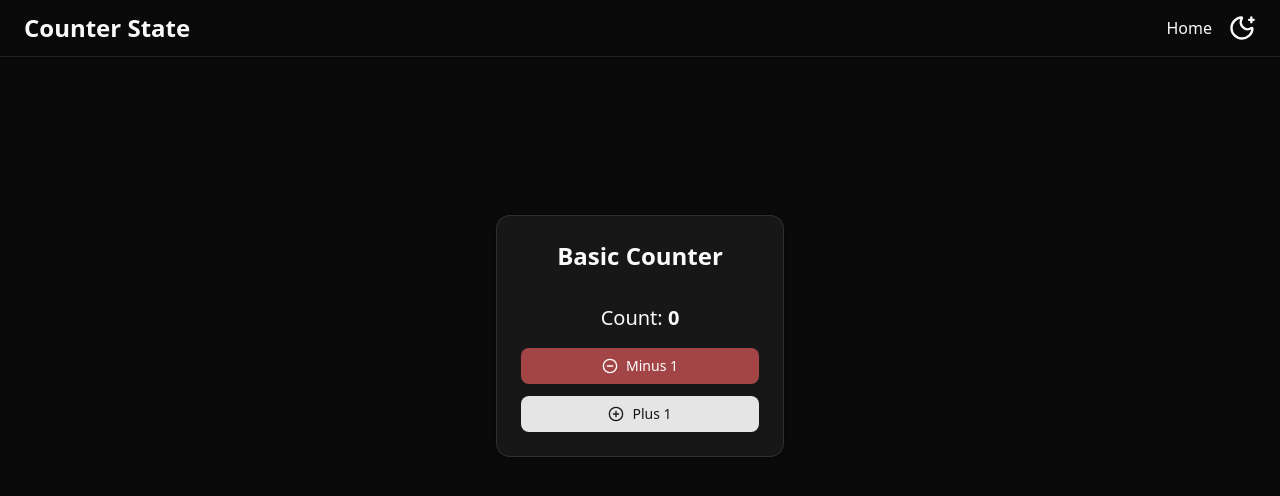
Repository: dev-piyushsarkar/counter-state-project
Page: /
An editor plug-in stored every save of this project. The page is shown before and after the next save, followed by the edit.
The browser window is 1280 px wide. The pictures show the whole page.
The project was rebuilt for these pictures with package versions that can differ from the ones it lists, and the page was loaded fresh each time. The framework's server and built-in components were replaced by stand-ins that run in the browser. Also part of the build but not shown: next.config.ts.

Above is the page before, as saved 2025-11-15 13:55:11.

### src/app/layout.tsx
import Header from "@/components/Header/Header";
import ThemeProvider from "@/components/Providers/ThemeProvider";
import "./globals.css";

type RootLayoutProps = {
	children: React.ReactNode;
};

const RootLayout = ({ children }: Readonly<RootLayoutProps>) => {
	return (
		<html
			lang="en"
			suppressHydrationWarning>
			<body>
				<ThemeProvider
					attribute={"class"}
					defaultTheme="dark"
					enableSystem={false}>
					<Header />

					<main className="mx-auto max-w-7xl px-6 py-3">{children}</main>
				</ThemeProvider>
			</body>
		</html>
	);
};

export default RootLayout;

### src/app/page.tsx
import { Button } from "@/components/shadcnui/button";
import {
	Card,
	CardContent,
	CardHeader,
	CardTitle,
} from "@/components/shadcnui/card";
import { MinusCircle, PlusCircleIcon } from "lucide-react";
import { Metadata } from "next";

export const metadata: Metadata = {
	title: "Nextjs Starter Frontend",
	description: "Production grade Next.js starter template",
};

const page = () => {
	return (
		<section className="grid h-[90dvh] place-items-center">
			<Card className="w-2xs">
				<CardHeader>
					<CardTitle className="text-center text-2xl font-semibold">
						Basic Counter
					</CardTitle>
				</CardHeader>
				<CardContent className="space-y-4">
					<div className="text-center text-xl">
						Count: <span className="font-bold">0</span>
					</div>
					<div className="grid items-center gap-3">
						<Button variant={"destructive"}>
							<MinusCircle /> Minus 1
						</Button>
						<Button>
							<PlusCircleIcon /> Plus 1
						</Button>
					</div>
				</CardContent>
			</Card>
		</section>
	);
};

export default page;

### src/components/Header/Header.tsx
import Link from "next/link";
import ThemeToggleButton from "../ThemeToggleButton";

const Header = () => {
	return (
		<header
			className="fixed right-0 left-0 border-b shadow"
			aria-label="app-header">
			<div className="mx-auto flex max-w-7xl items-center justify-between px-6 py-3">
				<Link href={"/"}>
					<h1
						className="text-2xl font-semibold"
						aria-label="App Name">
						Counter State
					</h1>
				</Link>

				<nav className="flex items-center gap-4">
					<Link href={"/"}>Home</Link>

					<ThemeToggleButton />
				</nav>
			</div>
		</header>
	);
};

export default Header;

### src/components/Providers/ThemeProvider.tsx
"use client";

import { ThemeProvider as NextThemesProvider } from "next-themes";
import { ComponentProps } from "react";

type ThemeProviderProps = ComponentProps<typeof NextThemesProvider>;

const ThemeProvider = ({ children, ...props }: ThemeProviderProps) => {
	return <NextThemesProvider {...props}>{children}</NextThemesProvider>;
};

export default ThemeProvider;

### src/components/shadcnui/button.tsx
import * as React from "react"
import { Slot } from "@radix-ui/react-slot"
import { cva, type VariantProps } from "class-variance-authority"

import { cn } from "@/lib/utils"

const buttonVariants = cva(
  "inline-flex items-center justify-center gap-2 whitespace-nowrap rounded-md text-sm font-medium transition-all disabled:pointer-events-none disabled:opacity-50 [&_svg]:pointer-events-none [&_svg:not([class*='size-'])]:size-4 shrink-0 [&_svg]:shrink-0 outline-none focus-visible:border-ring focus-visible:ring-ring/50 focus-visible:ring-[3px] aria-invalid:ring-destructive/20 dark:aria-invalid:ring-destructive/40 aria-invalid:border-destructive",
  {
    variants: {
      variant: {
        default: "bg-primary text-primary-foreground hover:bg-primary/90",
        destructive:
          "bg-destructive text-white hover:bg-destructive/90 focus-visible:ring-destructive/20 dark:focus-visible:ring-destructive/40 dark:bg-destructive/60",
        outline:
          "border bg-background shadow-xs hover:bg-accent hover:text-accent-foreground dark:bg-input/30 dark:border-input dark:hover:bg-input/50",
        secondary:
          "bg-secondary text-secondary-foreground hover:bg-secondary/80",
        ghost:
          "hover:bg-accent hover:text-accent-foreground dark:hover:bg-accent/50",
        link: "text-primary underline-offset-4 hover:underline",
      },
      size: {
        default: "h-9 px-4 py-2 has-[>svg]:px-3",
        sm: "h-8 rounded-md gap-1.5 px-3 has-[>svg]:px-2.5",
        lg: "h-10 rounded-md px-6 has-[>svg]:px-4",
        icon: "size-9",
        "icon-sm": "size-8",
        "icon-lg": "size-10",
      },
    },
    defaultVariants: {
      variant: "default",
      size: "default",
    },
  }
)

function Button({
  className,
  variant,
  size,
  asChild = false,
  ...props
}: React.ComponentProps<"button"> &
  VariantProps<typeof buttonVariants> & {
    asChild?: boolean
  }) {
  const Comp = asChild ? Slot : "button"

  return (
    <Comp
      data-slot="button"
      className={cn(buttonVariants({ variant, size, className }))}
      {...props}
    />
  )
}

export { Button, buttonVariants }

### src/components/shadcnui/card.tsx
import * as React from "react"

import { cn } from "@/lib/utils"

function Card({ className, ...props }: React.ComponentProps<"div">) {
  return (
    <div
      data-slot="card"
      className={cn(
        "bg-card text-card-foreground flex flex-col gap-6 rounded-xl border py-6 shadow-sm",
        className
      )}
      {...props}
    />
  )
}

function CardHeader({ className, ...props }: React.ComponentProps<"div">) {
  return (
    <div
      data-slot="card-header"
      className={cn(
        "@container/card-header grid auto-rows-min grid-rows-[auto_auto] items-start gap-2 px-6 has-data-[slot=card-action]:grid-cols-[1fr_auto] [.border-b]:pb-6",
        className
      )}
      {...props}
    />
  )
}

function CardTitle({ className, ...props }: React.ComponentProps<"div">) {
  return (
    <div
      data-slot="card-title"
      className={cn("leading-none font-semibold", className)}
      {...props}
    />
  )
}

function CardDescription({ className, ...props }: React.ComponentProps<"div">) {
  return (
    <div
      data-slot="card-description"
      className={cn("text-muted-foreground text-sm", className)}
      {...props}
    />
  )
}

function CardAction({ className, ...props }: React.ComponentProps<"div">) {
  return (
    <div
      data-slot="card-action"
      className={cn(
        "col-start-2 row-span-2 row-start-1 self-start justify-self-end",
        className
      )}
      {...props}
    />
  )
}

function CardContent({ className, ...props }: React.ComponentProps<"div">) {
  return (
    <div
      data-slot="card-content"
      className={cn("px-6", className)}
      {...props}
    />
  )
}

function CardFooter({ className, ...props }: React.ComponentProps<"div">) {
  return (
    <div
      data-slot="card-footer"
      className={cn("flex items-center px-6 [.border-t]:pt-6", className)}
      {...props}
    />
  )
}

export {
  Card,
  CardHeader,
  CardFooter,
  CardTitle,
  CardAction,
  CardDescription,
  CardContent,
}

### src/components/ThemeToggleButton.tsx
"use client";

import { MoonStar, Sun } from "lucide-react";
import { useTheme } from "next-themes";

const ThemeToggleButton = () => {
	const { theme, setTheme } = useTheme();

	return (
		<button
			onClick={() => setTheme(theme === "dark" ? "light" : "dark")}
			className="flex cursor-pointer items-center">
			<Sun
				size={28}
				className="-rotate-90 opacity-100 transition-all duration-300 dark:rotate-0 dark:opacity-0"
			/>

			<MoonStar
				size={28}
				className="absolute -rotate-90 opacity-0 transition-all duration-300 dark:rotate-0 dark:opacity-100"
			/>
		</button>
	);
};

export default ThemeToggleButton;

### src/lib/utils.ts
import { clsx, type ClassValue } from "clsx";
import { twMerge } from "tailwind-merge";

export const cn: typeof clsx = (...inputs: ClassValue[]) => {
	return twMerge(clsx(inputs));
};

Loaded but not shown: src/app/globals.css (common file)

After the next save:
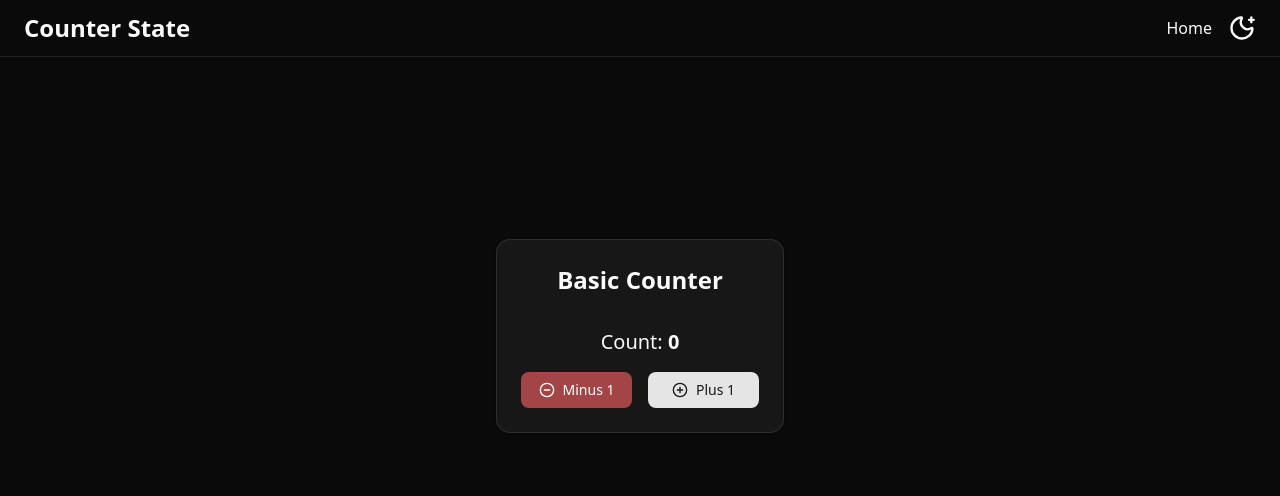
Saved 45 s later.
--- a/src/app/page.tsx
+++ b/src/app/page.tsx
@@ -26,7 +26,7 @@ const page = () => {
 					<div className="text-center text-xl">
 						Count: <span className="font-bold">0</span>
 					</div>
-					<div className="grid items-center gap-3">
+					<div className="grid grid-cols-2 gap-4">
 						<Button variant={"destructive"}>
 							<MinusCircle /> Minus 1
 						</Button>
